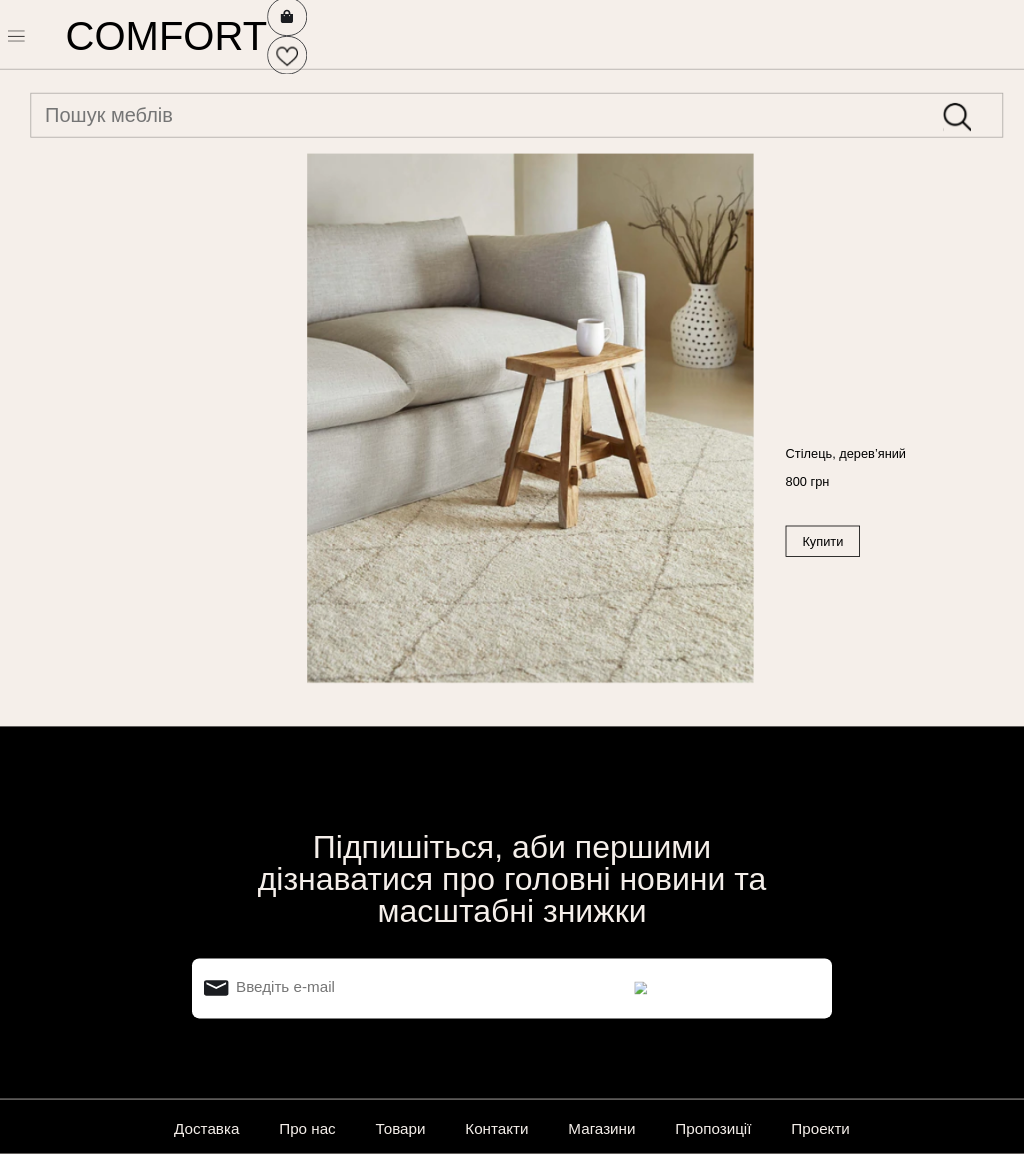
Repository: malykhinaIra/laravel
Page: http://localhost/item/1
These files come from the project's save history. The page is drawn as it stood at one moment and after the next save; the edit follows.
The browser window is 1280 px wide. The pictures show the whole page, at 80% of full size.
The page is served by the project's Laravel application, run on PHP 8.4 with Laravel 9.

Above is the page before, as saved 2022-05-10 18:02:41.

After the next save:
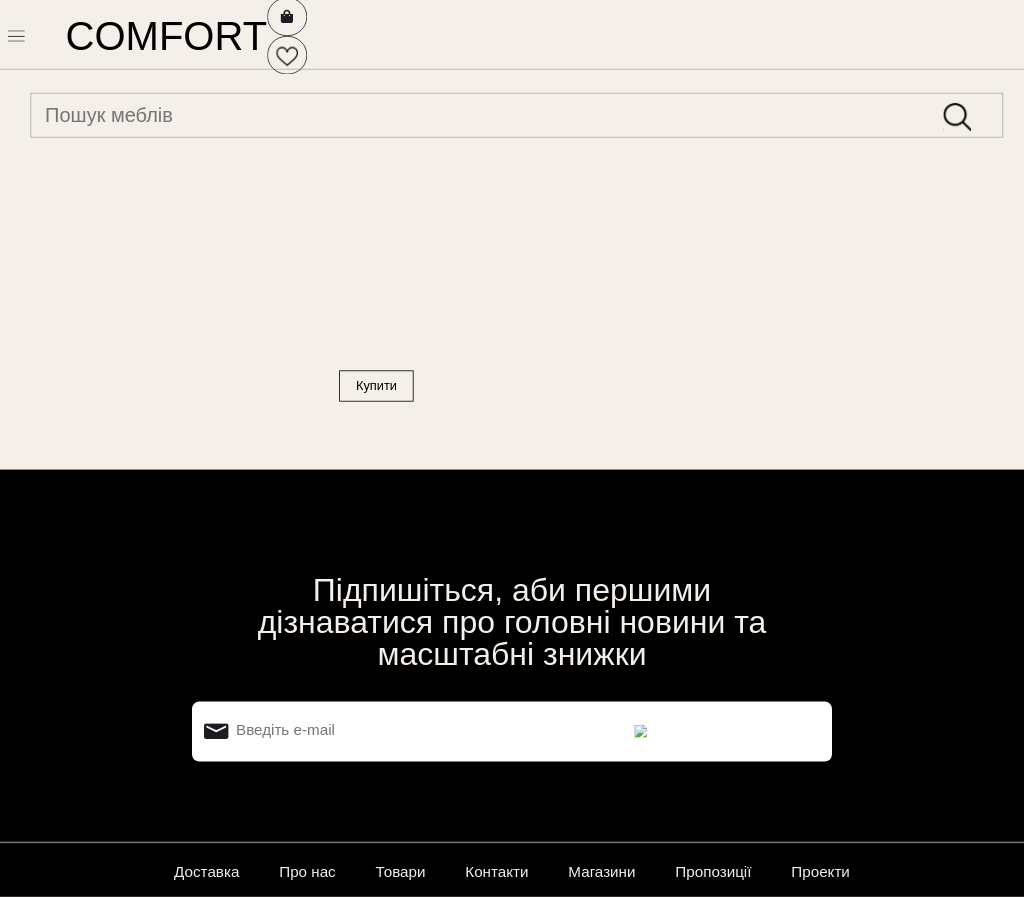
Saved 3 min 11 s later.
--- a/blog/app/Models/Item.php
+++ b/blog/app/Models/Item.php
@@ -5,13 +5,25 @@ use Illuminate\Database\Eloquent\Model;
 
     class Item extends Model
     {
-        public $image, $description, $price;
+        protected $image, $description, $price;
         function __construct($image, $description, $price)
         {
             $this->image = "../" . $image;
             $this->description = $description;
             $this->price = $price . " грн";
         }
+
+        function get_image(){
+            return $this->image;
+        }
+
+        function get_description(){
+            return $this->description;
+        }
+
+        function get_price(){
+            return $this->price;
+        }
      }
 
 ?>

After the save that followed:
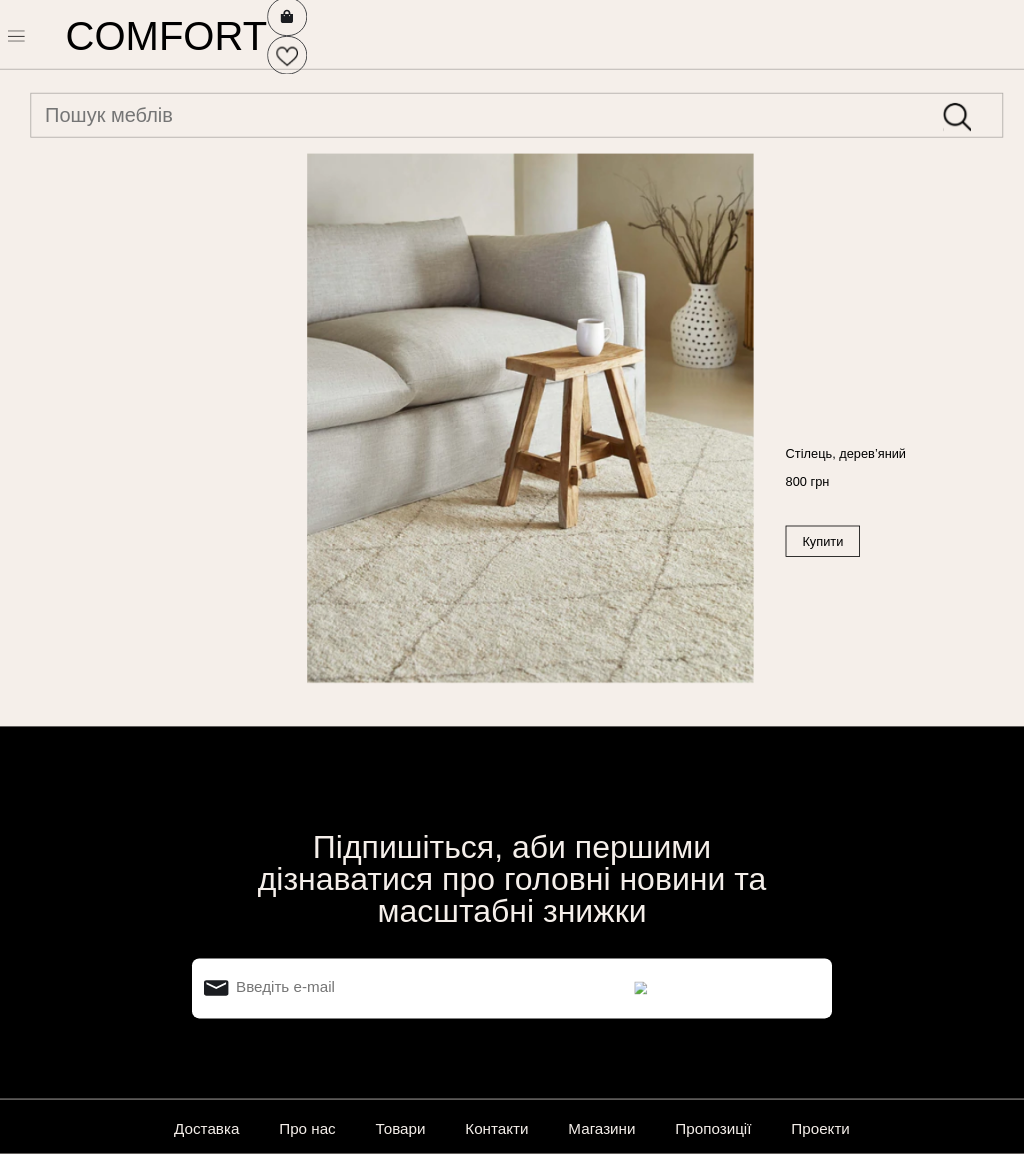
Saved 53 s later.
--- a/blog/resources/views/item.blade.php
+++ b/blog/resources/views/item.blade.php
@@ -5,10 +5,10 @@
 </head>
 <body style='background-color: #F5EFEA;'>
 <div class='container' style='display: flex; align-items: center; margin: auto; margin-top: 20px;'>
-<img src='{{$item->image}}' style='margin-left: 25%;'>
+<img src='{{$item->get_image()}}' style='margin-left: 25%;'>
 <div style='margin-left: 40px; margin-top: 22%;'>
-<p>{{$item->description}}</p>
-<p>{{$item->price}}</p>
+<p>{{$item->get_description()}}</p>
+<p>{{$item->get_price()}}</p>
 <a href='#' style='line-height: 100px; color: black; padding:10px 20px; border: 1px solid black;'>Купити</a>
 </div>
 </div>
